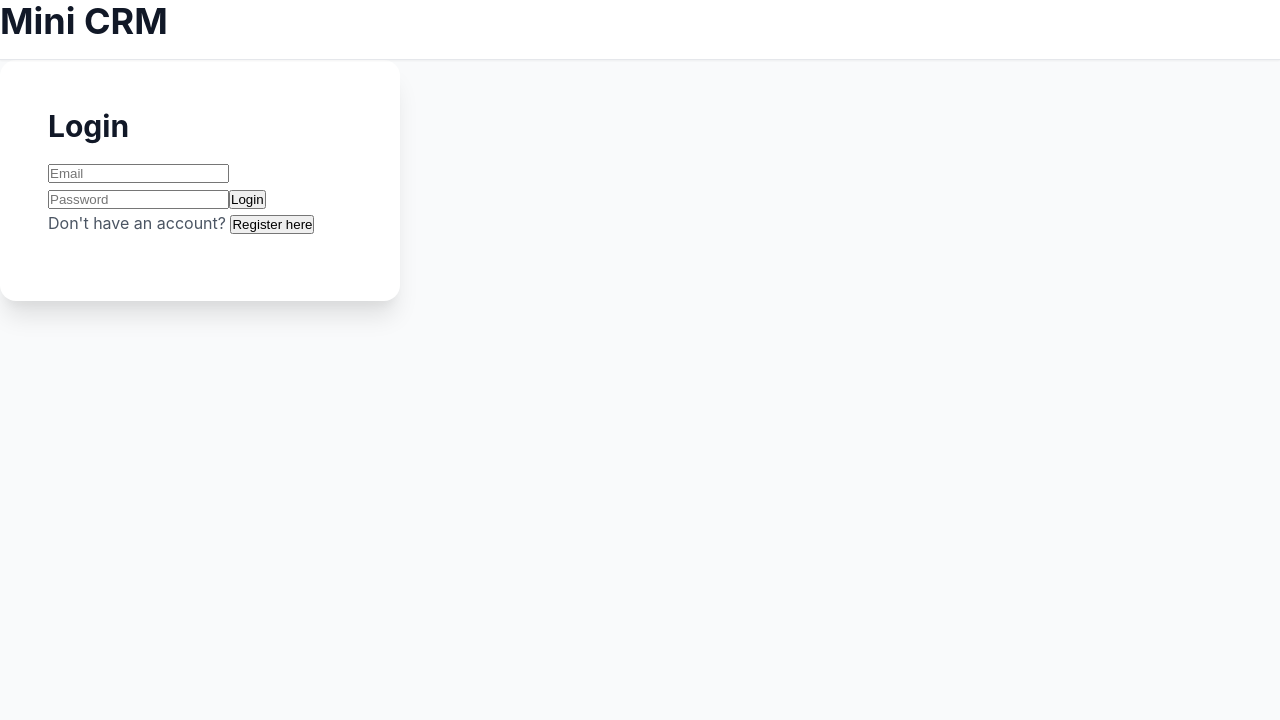
Repository: KarthikMallareddy/Mini-CRM
Page: / (app in frontend/)
An editor plug-in stored every save of this project. The page is shown before and after a run of saves, followed by the edit.
The browser window is 1280 px wide. The pictures show the whole page.
The project was rebuilt for these pictures with package versions that can differ from the ones it lists, and the page was loaded fresh each time. Also part of the build but not shown: frontend/src/components/CustomerList.js, frontend/src/components/LeadList.js, frontend/src/components/CustomerDetail.js, frontend/src/components/LeadForm.js, frontend/src/pages/Register.js, frontend/src/pages/Dashboard.js.

Above is the page before, as saved 2025-09-14 11:25:17.

### frontend/public/index.html
<!DOCTYPE html>
<html lang="en">
  <head>
    <meta charset="utf-8" />
    <meta name="viewport" content="width=device-width, initial-scale=1" />
    <meta name="theme-color" content="#000000" />
    <meta
      name="description"
      content="Mini CRM application"
    />
    <title>Mini CRM</title>
  </head>
  <body>
    <noscript>You need to enable JavaScript to run this app.</noscript>
    <div id="root"></div>
  </body>
</html>

### frontend/src/styles/global.css
/* Design System Variables */
:root {
  /* Primary Colors */
  --primary-50: #f0f9ff;
  --primary-100: #e0f2fe;
  --primary-200: #bae6fd;
  --primary-300: #7dd3fc;
  --primary-400: #38bdf8;
  --primary-500: #0ea5e9;
  --primary-600: #0284c7;
  --primary-700: #0369a1;
  --primary-800: #075985;
  --primary-900: #0c4a6e;

  /* Neutral Colors */
  --gray-50: #f9fafb;
  --gray-100: #f3f4f6;
  --gray-200: #e5e7eb;
  --gray-300: #d1d5db;
  --gray-400: #9ca3af;
  --gray-500: #6b7280;
  --gray-600: #4b5563;
  --gray-700: #374151;
  --gray-800: #1f2937;
  --gray-900: #111827;

  /* Status Colors */
  --success-500: #10b981;
  --warning-500: #f59e0b;
  --error-500: #ef4444;
  --info-500: #3b82f6;

  /* Gradients */
  --gradient-primary: linear-gradient(135deg, var(--primary-600) 0%, var(--primary-800) 100%);
  --gradient-secondary: linear-gradient(135deg, #667eea 0%, #764ba2 100%);
  --gradient-success: linear-gradient(135deg, #84fab0 0%, #8fd3f4 100%);

  /* Shadows */
  --shadow-sm: 0 1px 2px 0 rgba(0, 0, 0, 0.05);
  --shadow-md: 0 4px 6px -1px rgba(0, 0, 0, 0.1), 0 2px 4px -1px rgba(0, 0, 0, 0.06);
  --shadow-lg: 0 10px 15px -3px rgba(0, 0, 0, 0.1), 0 4px 6px -2px rgba(0, 0, 0, 0.05);
  --shadow-xl: 0 20px 25px -5px rgba(0, 0, 0, 0.1), 0 10px 10px -5px rgba(0, 0, 0, 0.04);

  /* Borders */
  --border-radius-sm: 0.375rem;
  --border-radius-md: 0.5rem;
  --border-radius-lg: 0.75rem;
  --border-radius-xl: 1rem;

  /* Spacing */
  --spacing-xs: 0.25rem;
  --spacing-sm: 0.5rem;
  --spacing-md: 1rem;
  --spacing-lg: 1.5rem;
  --spacing-xl: 2rem;
  --spacing-2xl: 3rem;

  /* Typography */
  --font-size-xs: 0.75rem;
  --font-size-sm: 0.875rem;
  --font-size-md: 1rem;
  --font-size-lg: 1.125rem;
  --font-size-xl: 1.25rem;
  --font-size-2xl: 1.5rem;
  --font-size-3xl: 1.875rem;
  --font-size-4xl: 2.25rem;
}

/* Reset and Base Styles */
* {
  margin: 0;
  padding: 0;
  box-sizing: border-box;
}

body {
  font-family: 'Inter', -apple-system, BlinkMacSystemFont, 'Segoe UI', 'Roboto', 'Oxygen',
    'Ubuntu', 'Cantarell', 'Fira Sans', 'Droid Sans', 'Helvetica Neue', sans-serif;
  -webkit-font-smoothing: antialiased;
  -moz-osx-font-smoothing: grayscale;
  background: var(--gray-50);
  color: var(--gray-900);
  line-height: 1.6;
}

/* Typography */
h1, h2, h3, h4, h5, h6 {
  font-weight: 700;
  line-height: 1.2;
  margin-bottom: var(--spacing-md);
}

h1 { font-size: var(--font-size-4xl); }
h2 { font-size: var(--font-size-3xl); }
h3 { font-size: var(--font-size-2xl); }
h4 { font-size: var(--font-size-xl); }
h5 { font-size: var(--font-size-lg); }
h6 { font-size: var(--font-size-md); }

p {
  margin-bottom: var(--spacing-md);
  color: var(--gray-600);
}

/* Button System */
.btn {
  display: inline-flex;
  align-items: center;
  justify-content: center;
  padding: var(--spacing-sm) var(--spacing-lg);
  border: none;
  border-radius: var(--border-radius-md);
  font-size: var(--font-size-sm);
  font-weight: 500;
  text-decoration: none;
  cursor: pointer;
  transition: all 0.2s ease;
  outline: none;
  min-height: 44px;
}

.btn:focus {
  box-shadow: 0 0 0 3px rgba(59, 130, 246, 0.1);
}

.btn-primary {
  background: var(--gradient-primary);
  color: white;
  border: 1px solid var(--primary-600);
}

.btn-primary:hover {
  transform: translateY(-1px);
  box-shadow: var(--shadow-lg);
}

.btn-secondary {
  background: white;
  color: var(--gray-700);
  border: 1px solid var(--gray-300);
}

.btn-secondary:hover {
  background: var(--gray-50);
  border-color: var(--gray-400);
}

.btn-success {
  background: var(--success-500);
  color: white;
  border: 1px solid var(--success-500);
}

.btn-success:hover {
  background: #059669;
  transform: translateY(-1px);
}

.btn-danger {
  background: var(--error-500);
  color: white;
  border: 1px solid var(--error-500);
}

.btn-danger:hover {
  background: #dc2626;
  transform: translateY(-1px);
}

.btn-sm {
  padding: var(--spacing-xs) var(--spacing-sm);
  font-size: var(--font-size-xs);
  min-height: 32px;
}

.btn-lg {
  padding: var(--spacing-md) var(--spacing-xl);
  font-size: var(--font-size-lg);
  min-height: 52px;
}

/* Form System */
.form-group {
  margin-bottom: var(--spacing-lg);
}

.form-label {
  display: block;
  font-size: var(--font-size-sm);
  font-weight: 500;
  color: var(--gray-700);
  margin-bottom: var(--spacing-xs);
}

.form-input, .form-select, .form-textarea {
  width: 100%;
  padding: var(--spacing-sm) var(--spacing-md);
  border: 1px solid var(--gray-300);
  border-radius: var(--border-radius-md);
  font-size: var(--font-size-md);
  transition: all 0.2s ease;
  background: white;
  min-height: 44px;
}

.form-input:focus, .form-select:focus, .form-textarea:focus {
  outline: none;
  border-color: var(--primary-500);
  box-shadow: 0 0 0 3px rgba(59, 130, 246, 0.1);
}

.form-textarea {
  resize: vertical;
  min-height: 100px;
}

/* Card System */
.card {
  background: white;
  border-radius: var(--border-radius-lg);
  box-shadow: var(--shadow-sm);
  border: 1px solid var(--gray-200);
  overflow: hidden;
  transition: all 0.2s ease;
}

.card:hover {
  box-shadow: var(--shadow-md);
  transform: translateY(-2px);
}

.card-header {
  padding: var(--spacing-lg);
  border-bottom: 1px solid var(--gray-200);
  background: var(--gray-50);
}

.card-body {
  padding: var(--spacing-lg);
}

.card-footer {
  padding: var(--spacing-lg);
  border-top: 1px solid var(--gray-200);
  background: var(--gray-50);
}

/* Grid System */
.grid {
  display: grid;
  gap: var(--spacing-lg);
}

.grid-cols-1 { grid-template-columns: repeat(1, 1fr); }
.grid-cols-2 { grid-template-columns: repeat(2, 1fr); }
.grid-cols-3 { grid-template-columns: repeat(3, 1fr); }
.grid-cols-4 { grid-template-columns: repeat(4, 1fr); }

/* Flexbox Utilities */
.flex { display: flex; }
.flex-col { flex-direction: column; }
.items-center { align-items: center; }
.justify-center { justify-content: center; }
.justify-between { justify-content: space-between; }
.gap-sm { gap: var(--spacing-sm); }
.gap-md { gap: var(--spacing-md); }
.gap-lg { gap: var(--spacing-lg); }

/* Status Badges */
.badge {
  display: inline-flex;
  align-items: center;
  padding: var(--spacing-xs) var(--spacing-sm);
  border-radius: var(--border-radius-sm);
  font-size: var(--font-size-xs);
  font-weight: 500;
  text-transform: uppercase;
  letter-spacing: 0.05em;
}

.badge-new { background: var(--info-500); color: white; }
.badge-contacted { background: var(--warning-500); color: white; }
.badge-converted { background: var(--success-500); color: white; }
.badge-lost { background: var(--error-500); color: white; }

/* Loading States */
.loading {
  display: flex;
  align-items: center;
  justify-content: center;
  padding: var(--spacing-2xl);
  color: var(--gray-500);
}

.spinner {
  width: 24px;
  height: 24px;
  border: 2px solid var(--gray-200);
  border-top: 2px solid var(--primary-500);
  border-radius: 50%;
  animation: spin 1s linear infinite;
  margin-right: var(--spacing-sm);
}

@keyframes spin {
  0% { transform: rotate(0deg); }
  100% { transform: rotate(360deg); }
}

/* Animations */
@keyframes fadeIn {
  from { opacity: 0; transform: translateY(10px); }
  to { opacity: 1; transform: translateY(0); }
}

@keyframes slideIn {
  from { transform: translateX(-100%); }
  to { transform: translateX(0); }
}

.fade-in {
  animation: fadeIn 0.3s ease-out;
}

.slide-in {
  animation: slideIn 0.3s ease-out;
}

/* Container */
.container {
  max-width: 1200px;
  margin: 0 auto;
  padding: 0 var(--spacing-lg);
}

/* Error and Success Messages */
.alert {
  padding: var(--spacing-md);
  border-radius: var(--border-radius-md);
  margin-bottom: var(--spacing-lg);
  border: 1px solid;
}

.alert-success {
  background: #f0fdf4;
  border-color: var(--success-500);
  color: #166534;
}

.alert-error {
  background: #fef2f2;
  border-color: var(--error-500);
  color: #991b1b;
}

.alert-info {
  background: #eff6ff;
  border-color: var(--info-500);
  color: #1e40af;
}

/* Responsive Design */
@media (max-width: 768px) {
  .grid-cols-2 { grid-template-columns: 1fr; }
  .grid-cols-3 { grid-template-columns: 1fr; }
  .grid-cols-4 { grid-template-columns: repeat(2, 1fr); }

  .btn {
    width: 100%;
    justify-content: center;
  }

  .flex {
    flex-direction: column;
  }

  .justify-between {
    align-items: stretch;
    gap: var(--spacing-sm);
  }
}

@media (max-width: 480px) {
  .grid-cols-4 { grid-template-columns: 1fr; }
}

/* Utility Classes */
.text-center { text-align: center; }
.text-right { text-align: right; }
.text-primary { color: var(--primary-600); }
.text-success { color: var(--success-500); }
.text-warning { color: var(--warning-500); }
.text-error { color: var(--error-500); }
.text-muted { color: var(--gray-500); }

.bg-primary { background: var(--primary-500); }
.bg-success { background: var(--success-500); }
.bg-warning { background: var(--warning-500); }
.bg-error { background: var(--error-500); }

.w-full { width: 100%; }
.h-full { height: 100%; }
.min-h-screen { min-height: 100vh; }

.cursor-pointer { cursor: pointer; }
.select-none { user-select: none; }

### frontend/src/pages/Login.js
import React, { useState } from 'react';
import { useNavigate } from 'react-router-dom';

const Login = () => {
  const [form, setForm] = useState({ email: '', password: '' });
  const [error, setError] = useState('');
  const navigate = useNavigate();

  const handleChange = (e) => {
    setForm({ ...form, [e.target.name]: e.target.value });
  };

  const handleSubmit = async (e) => {
    e.preventDefault();
    setError('');
    try {
      const res = await fetch('/api/auth/login', {
        method: 'POST',
        headers: { 'Content-Type': 'application/json' },
        body: JSON.stringify(form),
      });
      const data = await res.json();
      if (!res.ok) throw new Error(data.message || 'Login failed');
      localStorage.setItem('token', data.token);
      navigate('/dashboard');
    } catch (err) {
      setError(err.message);
    }
  };

  return (
    <div className="auth-container">
      <h2>Login</h2>
      <form onSubmit={handleSubmit}>
        <input name="email" type="email" placeholder="Email" value={form.email} onChange={handleChange} required />
        <input name="password" type="password" placeholder="Password" value={form.password} onChange={handleChange} required />
        <button type="submit">Login</button>
      </form>
      {error && <div className="error">{error}</div>}
      <div className="auth-link">
        <p>Don't have an account? <button onClick={() => navigate('/register')} className="link-button">Register here</button></p>
      </div>
    </div>
  );
};

export default Login;

Loaded but not shown: frontend/src/reportWebVitals.js (common file); frontend/src/App.js (31 lines, source omitted); frontend/src/components/Navbar.js (32 lines, source omitted); frontend/src/index.js (15 lines, source omitted); frontend/src/components/index.js (6 lines, source omitted); frontend/src/styles/components.css (516 lines, source omitted)

After the next 2 saves:
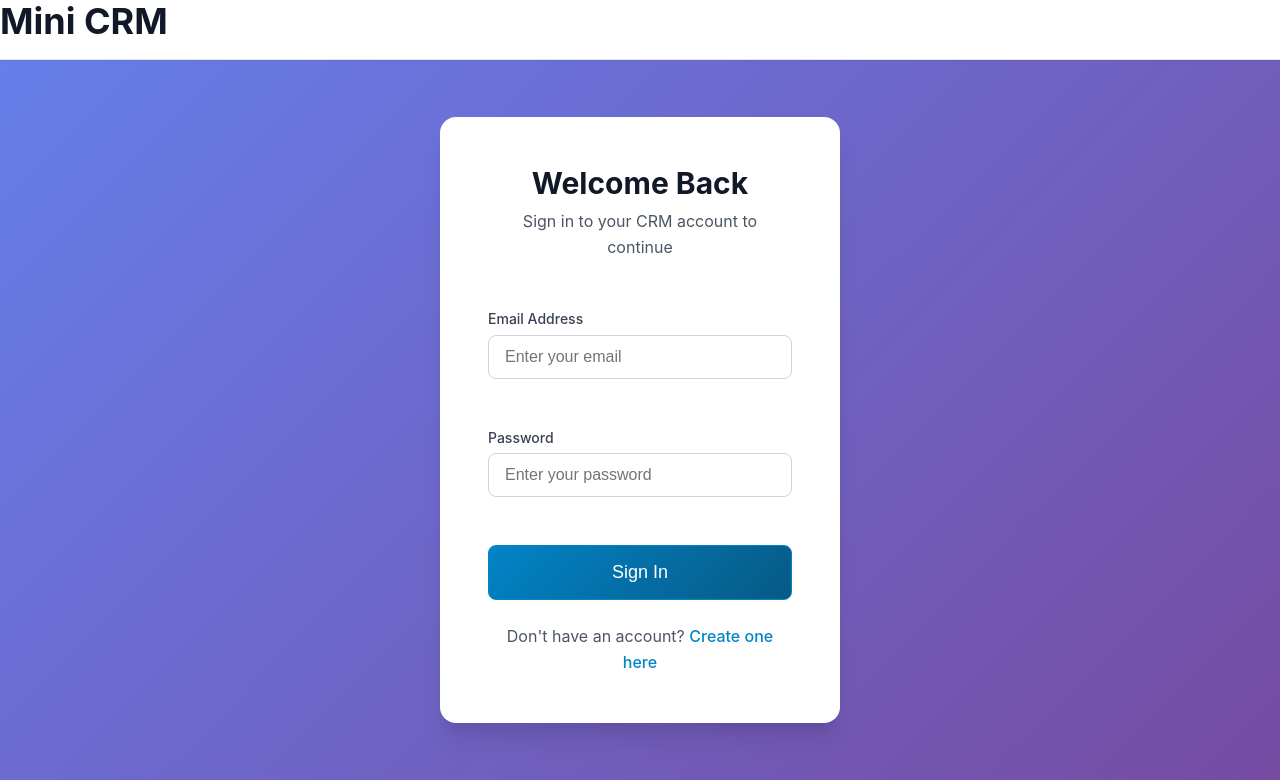
The 2 saves are shown as one change because 1 did not build or start.
The last was saved 55 s later.
--- a/frontend/src/pages/Login.js
+++ b/frontend/src/pages/Login.js
@@ -1,10 +1,11 @@
 import React, { useState } from 'react';
-import { useNavigate } from 'react-router-dom';
+import { useNavigate, Link } from 'react-router-dom';
 
 const Login = () => {
+  const navigate = useNavigate();
   const [form, setForm] = useState({ email: '', password: '' });
   const [error, setError] = useState('');
-  const navigate = useNavigate();
+  const [isLoading, setIsLoading] = useState(false);
 
   const handleChange = (e) => {
     setForm({ ...form, [e.target.name]: e.target.value });
@@ -13,6 +14,8 @@ const Login = () => {
   const handleSubmit = async (e) => {
     e.preventDefault();
     setError('');
+    setIsLoading(true);
+
     try {
       const res = await fetch('/api/auth/login', {
         method: 'POST',
@@ -25,20 +28,73 @@ const Login = () => {
       navigate('/dashboard');
     } catch (err) {
       setError(err.message);
+    } finally {
+      setIsLoading(false);
     }
   };
 
   return (
-    <div className="auth-container">
-      <h2>Login</h2>
-      <form onSubmit={handleSubmit}>
-        <input name="email" type="email" placeholder="Email" value={form.email} onChange={handleChange} required />
-        <input name="password" type="password" placeholder="Password" value={form.password} onChange={handleChange} required />
-        <button type="submit">Login</button>
-      </form>
-      {error && <div className="error">{error}</div>}
-      <div className="auth-link">
-        <p>Don't have an account? <button onClick={() => navigate('/register')} className="link-button">Register here</button></p>
+    <div className="auth-page">
+      <div className="auth-container">
+        <div className="auth-header">
+          <h1 className="auth-title">Welcome Back</h1>
+          <p className="auth-subtitle">Sign in to your CRM account to continue</p>
+        </div>
+
+        <form onSubmit={handleSubmit} className="auth-form">
+          <div className="form-group">
+            <label className="form-label" htmlFor="email">Email Address</label>
+            <input
+              id="email"
+              name="email"
+              type="email"
+              className="form-input"
+              placeholder="Enter your email"
+              value={form.email}
+              onChange={handleChange}
+              required
+            />
+          </div>
+
+          <div className="form-group">
+            <label className="form-label" htmlFor="password">Password</label>
+            <input
+              id="password"
+              name="password"
+              type="password"
+              className="form-input"
+              placeholder="Enter your password"
+              value={form.password}
+              onChange={handleChange}
+              required
+            />
+          </div>
+
+          <button
+            type="submit"
+            className="btn btn-primary btn-lg w-full"
+            disabled={isLoading}
+          >
+            {isLoading ? (
+              <>
+                <div className="spinner"></div>
+                Signing In...
+              </>
+            ) : (
+              'Sign In'
+            )}
+          </button>
+        </form>
+
+        {error && (
+          <div className="alert alert-error">
+            {error}
+          </div>
+        )}
+
+        <div className="auth-toggle">
+          Don't have an account? <Link to="/register">Create one here</Link>
+        </div>
       </div>
     </div>
   );
